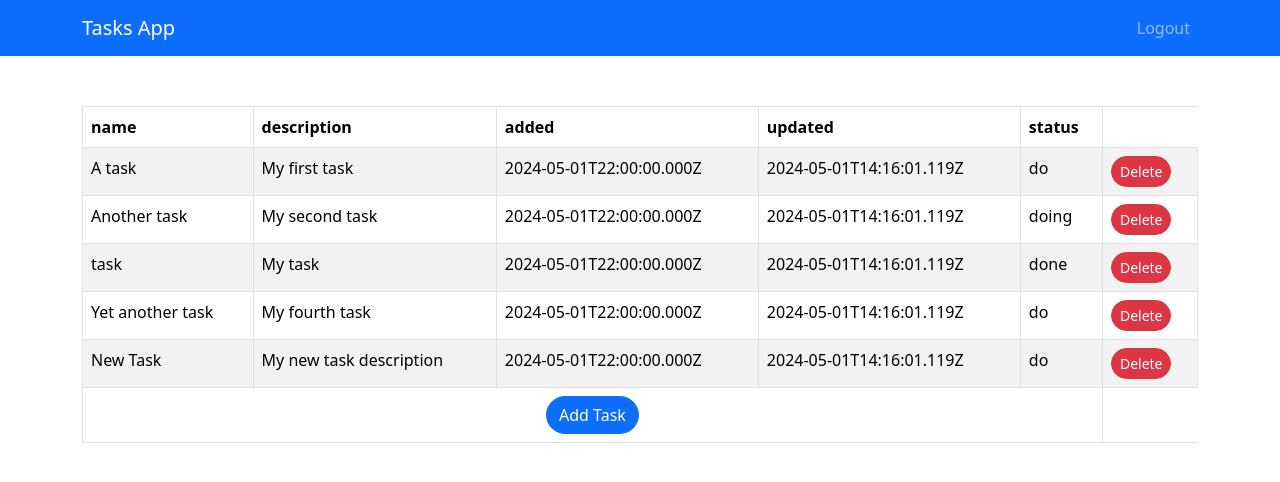
Repository: trider/react-task-manager
Page: /#/tasks
These files come from the project's save history. The page is drawn as it stood at one moment and after the next save; the edit follows.
The browser window is 1280 px wide. The pictures show the whole page.
The project was rebuilt for these pictures with package versions that can differ from the ones it lists, and the page was loaded fresh each time. Also part of the build but not shown: src/App.css, src/data/_Users.js, src/pages/Login.js.

Above is the page before, as saved 2024-05-06 15:23:12.

After the next save:
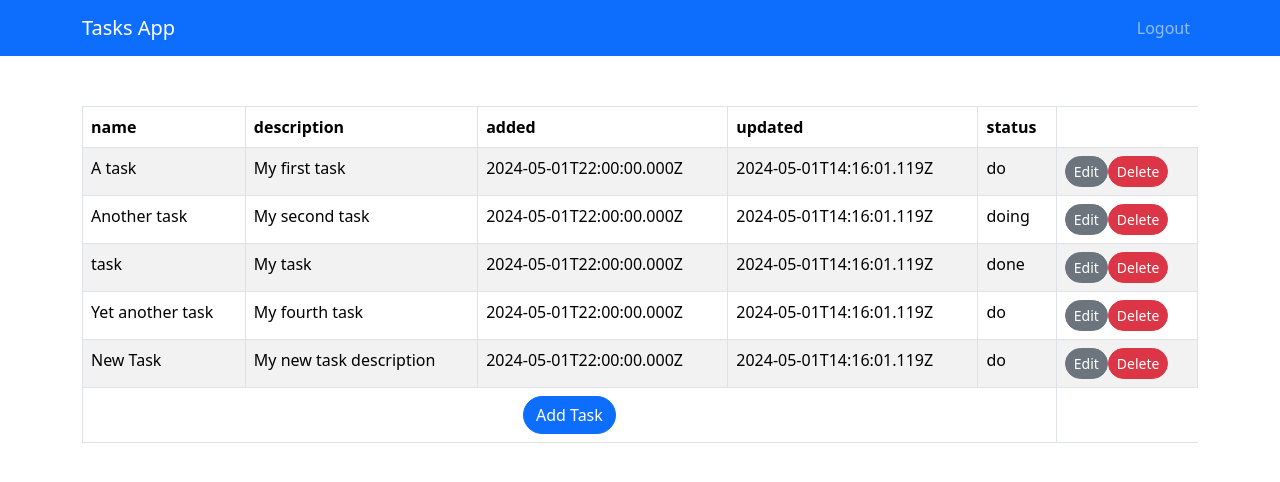
Saved 38 s later.
--- a/src/pages/Task.js
+++ b/src/pages/Task.js
@@ -27,7 +27,9 @@ const TaskTable = () => {
               <td key={col}>{task[col]}</td>
             ))}
             <td>
-
+            <Button  variant="secondary roundedPill" size='sm' className='rounded-pill'>
+              Edit
+            </Button>
             <Button  variant="danger roundedPill" size='sm' className='rounded-pill'>
             Delete
           </Button>
